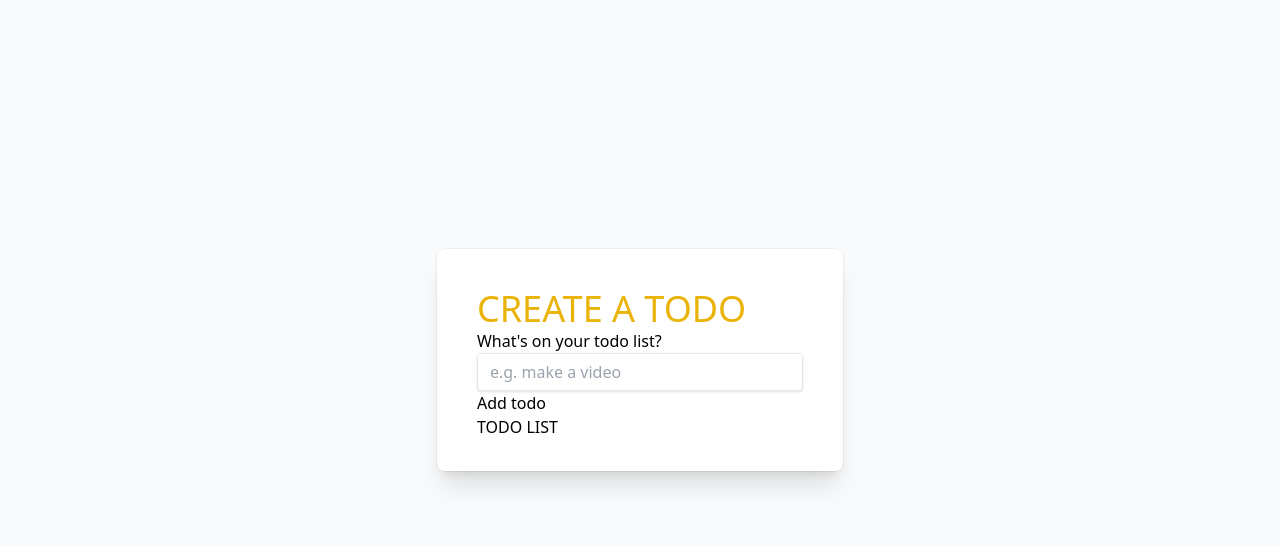
Repository: Kajo-lab/vue-todo
Page: /
The author's editor kept a copy of each file at every save. The page is drawn from the files as they stood at one save, then again after the next save.
The browser window is 1280 px wide. The pictures show the whole page.
The project was rebuilt for these pictures with package versions that can differ from the ones it lists, and the page was loaded fresh each time. Also part of the build but not shown: vite.config.js, webpack.config.js.

Above is the page before, as saved 2022-07-07 16:34:40.

### src/main.js
import { createApp } from 'vue'
import App from './App.vue'
import "./assets/tailwind.css";

createApp(App).mount('#app')

### src/App.vue
<script setup>
import { ref, onMounted, computed, watch } from 'vue'

const todos = ref([])
const name = ref('')

const input_content = ref('')

const todos_asc = computed(() => todos.value.sort((a,b) =>{
	return a.createdAt - b.createdAt
}))

watch(name, (newVal) => {
	localStorage.setItem('name', newVal)
})

watch(todos, (newVal) => {
	localStorage.setItem('todos', JSON.stringify(newVal))
}, {
	deep: true
})

const addTodo = () => {
  if (input_content.value.trim() === '') {
    return
  }

	todos.value.push({
		content: input_content.value,
		done: false,
		editable: false,
		createdAt: new Date().getTime()
	})
}

const removeTodo = (todo) => {
	todos.value = todos.value.filter((t) => t !== todo)
}

onMounted(() => {
	name.value = localStorage.getItem('name') || ''
	todos.value = JSON.parse(localStorage.getItem('todos')) || []
})
</script>

<template>

<main class="relative flex min-h-screen flex-col justify-center overflow-hidden bg-gray-50 py-6 sm:py-12">
	<div class="relative bg-white px-6 pt-10 pb-8 shadow-xl ring-1 ring-gray-900/5 sm:mx-auto sm:max-w-lg sm:rounded-lg sm:px-10">
		<section class="create-todo">
		<h1 class="text-4xl text-yellow-500">CREATE A TODO</h1>
				<form id="new-todo-form" class="" @submit.prevent="addTodo">
					<h4>What's on your todo list?</h4>
					<input
						class="shadow appearance-none border rounded w-full py-2 px-3 text-gray-700 leading-tight focus:outline-none focus:shadow-outline"
						type="text"
						name="content"
						id="content"
						placeholder="e.g. make a video"
						v-model="input_content" />

					<input type="submit" value="Add todo" />
				</form>
		</section>

		<section class="todo-list">
				<h3>TODO LIST</h3>

				<div class="list" id="todo-list">
					<div v-for="todo in todos_asc" :key="`todo-item ${todo.done && 'done'}`">

						<div class="todo-content">
							<input type="text" v-model="todo.content" />
						</div>

						<div class="actions">
							<button class="delete" @click="removeTodo(todo)">Delete</button>
						</div>
					</div>
				</div>
		</section>
	</div>
</main>

</template>

<style src="./assets/tailwind.css"></style>

Loaded but not shown: src/assets/tailwind.css (common file); tailwind.config.js (common file)

After the next save:
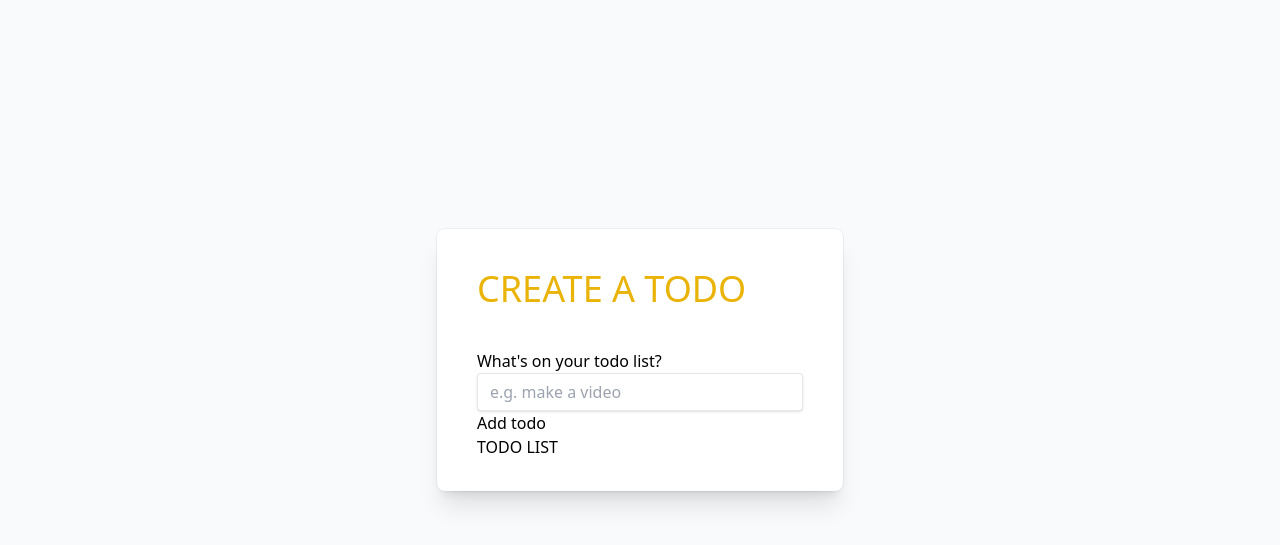
Saved 33 s later.
--- a/src/App.vue
+++ b/src/App.vue
@@ -48,7 +48,7 @@ onMounted(() => {
 <main class="relative flex min-h-screen flex-col justify-center overflow-hidden bg-gray-50 py-6 sm:py-12">
 	<div class="relative bg-white px-6 pt-10 pb-8 shadow-xl ring-1 ring-gray-900/5 sm:mx-auto sm:max-w-lg sm:rounded-lg sm:px-10">
 		<section class="create-todo">
-		<h1 class="text-4xl text-yellow-500">CREATE A TODO</h1>
+		<h1 class="text-4xl text-yellow-500 mb-10">CREATE A TODO</h1>
 				<form id="new-todo-form" class="" @submit.prevent="addTodo">
 					<h4>What's on your todo list?</h4>
 					<input
